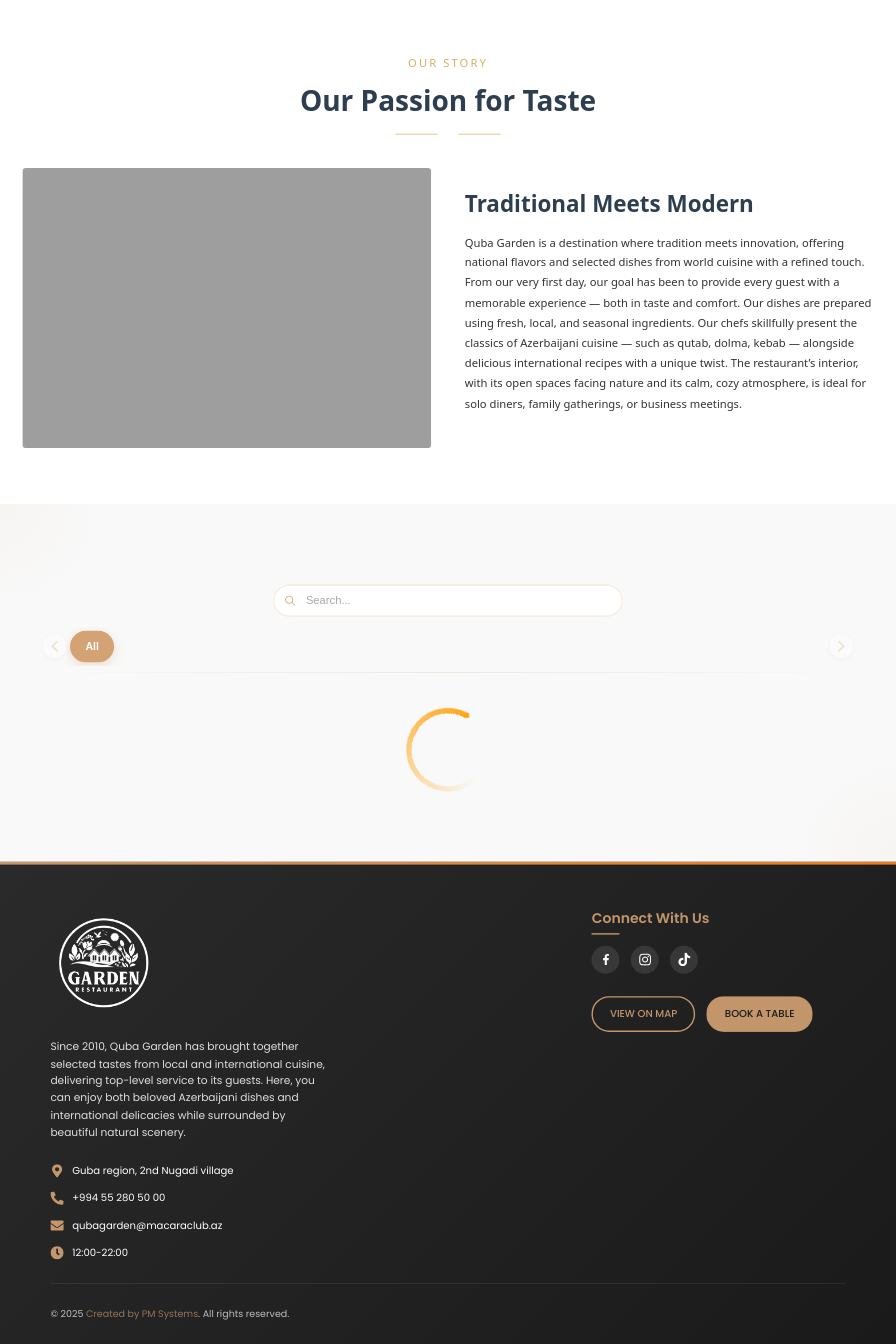
Repository: ferhadsultan98/menu-macara
Page: /
These files come from the project's save history. The page is drawn as it stood at one moment and after the next save; the edit follows.
The browser window is 1280 px wide. The pictures show the part of the page from y = 723 to 2643 px (the page is 2643 px tall), at 70% of full size.
Pictures or frames that could not be fetched are drawn as grey boxes. The page's requests for data from a server got no answer. The project was rebuilt for these pictures with package versions that can differ from the ones it lists, and the page was loaded fresh each time. No one was signed in, and anything a server would have sent is missing. Also part of the build but not shown: vite.config.js.

Above is the page before, as saved 2025-04-21 14:23:52.

After the next save:
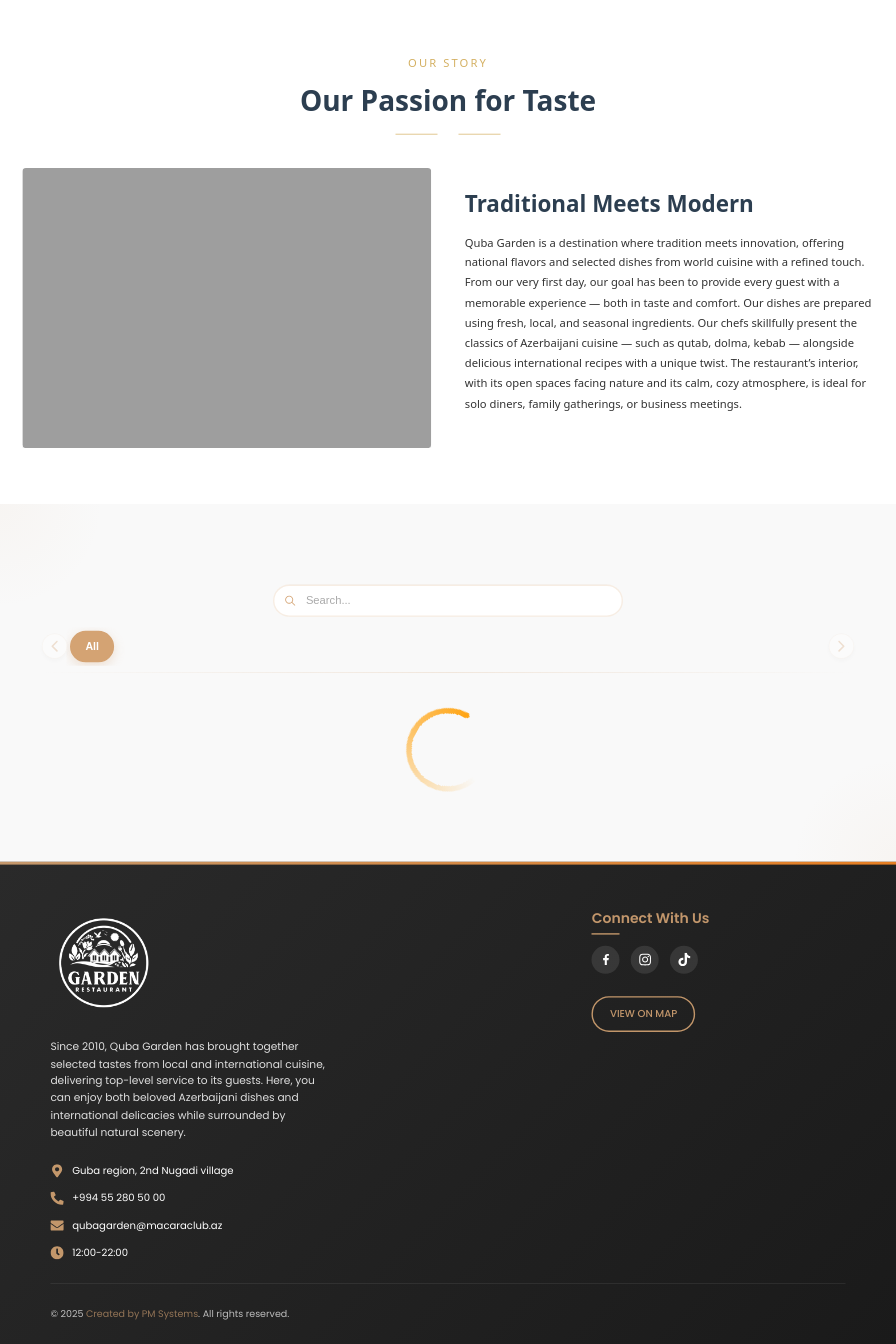
Saved 35 s later.
--- a/src/Components/Common/Footer/Footer.jsx
+++ b/src/Components/Common/Footer/Footer.jsx
@@ -139,13 +139,7 @@
                 >
                   {t("footer.viewMap")}
                 </a>
-                <a
-                  href="https://macaraclub.az/"
-                  className="footer-btn book-btn"
-                  target="_blank"
-                >
-                  {t("footer.bookaTable")}
-                </a>
+
               </div>
             </div>
           </div>
